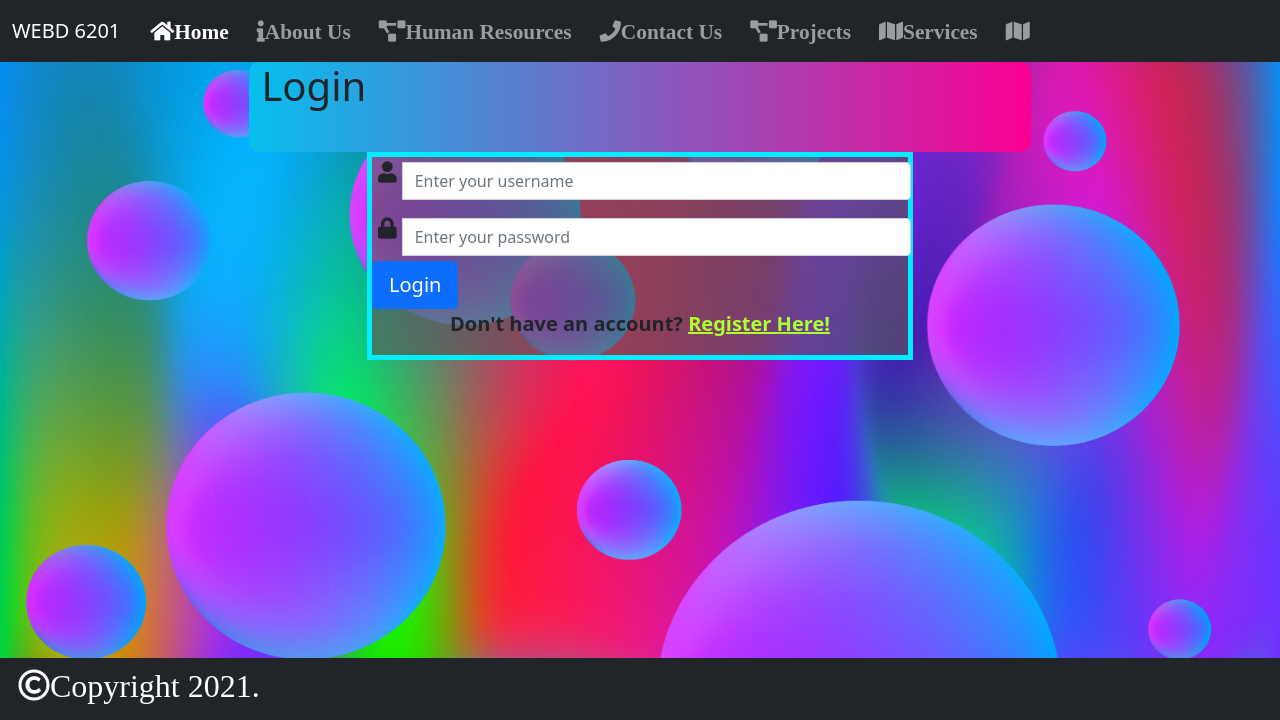
Repository: vans12345678/WEBD6201-W2021-Lab2
Page: login.html
The author's editor kept a copy of each file at every save. The page is drawn from the files as they stood at one save, then again after the next save.
The browser window is 1280 px wide. The pictures show the whole page.

Above is the page before, as saved 2021-02-24 19:43:37.

### login.html
<!DOCTYPE html>
<html lang="en">
<head>
    <meta charset="UTF-8">
    <meta name="viewport" content="width=device-width, initial-scale=1.0">
    <title>Login</title>
    <!-- CSS Section -->
    <link rel="stylesheet" href="./node_modules/bootstrap/dist/css/bootstrap.min.css">
    <link rel="stylesheet" href="./node_modules/@fortawesome/fontawesome-free/css/all.min.css">
    <link rel="stylesheet" href="./Content/app.css">
</head>
<body class ="Vapor">
    <!-- Main Header -->
    <header>
        <!-- Main Navigation -->
        <nav class="navbar navbar-expand-lg navbar-dark bg-dark">
            <div class="container-fluid">
                <a id ="navHome" class="navbar-brand" href="index.html"></a>
                <button class="navbar-toggler" type="button" data-bs-toggle="collapse" data-bs-target="#navbarSupportedContent" aria-controls="navbarSupportedContent" aria-expanded="false" aria-label="Toggle navigation">
                  <span class="navbar-toggler-icon"></span>
                </button>
                <div class="collapse navbar-collapse" id="navbarSupportedContent">
                  <ul id = "ulNav" class="navbar-nav me-auto mb-2 mb-lg-0">
                    <li class="nav-item">
                      <a  class="nav-link active" aria-current="page" href="index.html"><i id ="navIndex"class = "fas fa-home fa-lg"></i></a>
                    </li>
                    <li class="nav-item" id ="navAbout">
                      <a  class="nav-link " aria-current="page" href="about.html"><i id ="navAboutItem"class = "fas fa-info fa-lg"></i></a>
                    </li>
                    <li class="nav-item">
                      <a  class="nav-link " aria-current="page" href="contact.html"><i id ="navContact"class = "fas fa-phone fa-lg"></i></a>
                    </li>
                    <li class="nav-item">
                      <a  class="nav-link" aria-current="page" href="projects.html"><i id ="navProjects" class ="fas fa-project-diagram fa-lg">Products</i></a>
                    </li>
                    <li class="nav-item">
                      <a  class="nav-link " aria-current="page" href="services.html"><i id ="navServices"class = "fas fa-map fa-lg"></i></a>
                    </li>
                    <li class="nav-item">
                      <a  class="nav-link " aria-current="page" href="login.html"><i id ="navLogin"class = "fas fa-map fa-lg"></i></a>
                    </li>
                  </ul>
                </div>
              </div>
          </nav>
    </header>

    <!-- Main Content -->
    <main class="container" id="mainContent">
        <h1 class = "container">Login</h1>
      <div class="row">
          <div class="offset-md-3 col-md-6 col-sm-12">
                <div class="login" id="contentArea"></div>
                    <div id = "messageArea"></div>
                    <form class = "fromBackground" id="loginForm" novalidate>
                      <div class="form-group mb-2">
                        <div class="input-group">
                          <span class="input-group-addon">
                            <i class="fa fa-user fa-lg">
                            </i>
                          </span>
                          <input type="text" class="form-control inputMargin" id="username" name="username"  required
                          value="" placeholder="Enter your username">
                        </div>
                      </div>
                      <div class="form-group">
                        <div class="input-group">
                          <span class="input-group-addon">
                            <i class="fa fa-lock fa-lg">
                            </i>
                          </span>
                          <input type="password" class="form-control inputMargin" id="password" name="password"  required
                          value="" placeholder="Enter your password">
                        </div>
                      </div>
                      <div class="text-right">
                        <button id="submitButton" type="submit" class="btn btn-primary btn-lg">Login</button>
                      </div>
                      <p class="text-center fs-5 fw-bold">
                        Don't have an account?
                        <a href="register.html">Register Here!</a>
                    </p>
                    </form>
                </div>

          </div>
      </div>
  </main>

    <!-- Main Footer -->
    <footer>
        <nav class="navbar fixed-bottom navbar-dark bg-dark">
            <div class="container-fluid">
                <h4><i id = "footer" class="far fa-copyright fa-lg site-footer"></i></h4>
            </div>
          </nav>
    </footer>
    <!-- Script Section -->
    <script src="./node_modules/jquery/dist/jquery.min.js"></script>
    <script src="./node_modules/bootstrap/dist/js/bootstrap.bundle.min.js"></script>
    <script src="./Scripts/app.js"></script>
</body>
</html>

### Content/app.css
/* custom css goes here */
.Vapor {
    background-image: url('../images/vapor.jpg');
    background-repeat: no-repeat;
    background-attachment: fixed;
    background-size: 100% 100%;
  }
  a {
    color: greenyellow;
  }
  .textFont
  {
    font-family: Arial, Helvetica, sans-serif;
    line-height: 32px;
  }
  body
  {
    background-color: rgb(90, 90, 90);
  }
  h1.container{
    border-radius: 10px;
    width: 70%;
    height: 90px;
    margin: 0px auto;
    background: linear-gradient(90deg,#06bfee,#fb0093)
  }
  h1.projects{
    background-color: white;
  }
  .contact-table{
    width: 100%;
    margin:  50px auto;
    background-color: white;
  }
  .contact-form
  {
    width: 100%;
    margin:  100px auto;
  }
  .warnMessage
  {
    width: 90%;
    margin:  50px;
  }
  .site-footer {
    color:white;
  }
  .formMargin
  {
    margin: 35px 70px;
  }
  .inputMargin
  {
    margin: 5px -3px;
  }

  .fromBackground
  {
    background-color: #5a5a5aa1;
    border: 5px solid rgb(0, 238, 255);

  }
  i{
    margin:7px 6px;
  }

### Scripts/app.js
/************************************************************
 * Name: Andre Agrippa, Michai Pryce
 * Date: 01/20/2021
 * Description: This file adds functionality to the Home,
 * About Us, Human Resources, Contact Us, Projects and Services
 * pages.
 * Date Completed:
 */

"use strict";


(function(){

    /**
     * Display Nav bar function to display nav and footer
     */
    function DisplayNav()
    {
        let navTextElement = document.getElementById("navHome").textContent = "WEBD 6201";
        navTextElement = document.getElementById("navIndex").textContent = "Home";
        navTextElement = document.getElementById("navAboutItem").textContent = "About Us";

        let navAboutElement = document.getElementById("navAbout");
        let hrListItem = document.createElement("li");
        hrListItem.setAttribute("id", "liHumanResources");
        hrListItem.setAttribute("class", "nav-item");
        let navbar = document.getElementById("ulNav").appendChild(hrListItem);
        hrListItem.innerHTML = `<a class="nav-link" aria-current="page" href="human-resources.html">
        <i id ="navHumanResources" class ="fas fa-project-diagram fa-lg">Human Resources</i></a>`;
        if(document.title === "Human Resources"){
            hrListItem.innerHTML = `<a class="nav-link active" aria-current="page" href="human-resources.html">
            <i id ="navHumanResources" class ="fas fa-project-diagram fa-lg">Human Resources</i></a>`;
        }

        navAboutElement.after(hrListItem);

        navTextElement = document.getElementById("navContact").textContent = "Contact Us";
        navTextElement = document.getElementById("navProjects").textContent = "Projects";
        navTextElement = document.getElementById("navServices").textContent = "Services";
        navTextElement = document.getElementById("footer").textContent = "Copyright 2021.";
    }

    /**
     * Display home to display index page
     */
    function displayHome()
    {
        DisplayNav();
        let introText = "This is a simple site to demonstrate the about, contact, human resources, projects and services requirements for Lab 1 WEBD 6201 - Client Side Scripting";
        let titleText = "Welcome to WEBD 6201";

        let introTextElement = document.getElementById("indexTitle").textContent = titleText;
        introTextElement = document.getElementById("indexParagraph").textContent = introText;

    }
    /**
     * Display about to display about the creators
     */
    function displayAbout()
    {
        DisplayNav();

        //About Andre
        let aboutElement = document.getElementById("aboutTitle").textContent = "About Us";
        aboutElement = document.getElementById("aboutAText");
        aboutElement.innerHTML = `<h1>Andre Agrippa:</h1>
        <p class = "">I'm a 2nd year student at Durham College in the Computer Programming and Analysis program. I've been
        coding for several years now because I enjoy it and always looking to improve in this aspect.</p>
        <a class = "fa-lg" href="./resumes/andre_resume.pdf" download>Resume Download</a></br></br>
        <img src="./images/aa.jpg" alt="" style="width:500px;height:450px;">`;

        //About Michai
        aboutElement.innerHTML += `<h1>Michai Pryce:</h1>
        <p class = ""> Hello, I am in my final year in the Computer Programming Program at Durham College. I love
        to code and learn about the evergrowing advancements in technology. This is the demonstration for our first lab!
        </p>
        <a class = "fa-lg" href="./resumes/Copy_of_Resume.docx" download>Resume Download</a></br></br>
        <img src="./images/m.jpg" alt="" style="width:500px;height:450px;">`;

    }
    /**
     * Display top 3 projects page
     */
    function displayProjects()
    {
        DisplayNav();

        //Projects 1
        let projectsElement = document.getElementById("projectsTitle").textContent = "Projects";
        projectsElement = document.getElementById("projectsText").innerHTML =
        `<h3>Project One: COBOL Item List</h3>
        <p>This project reads records from a .dat file, performs calculations on the data then outputs it to a .out file neatly formatted.</p>
        <img src="./images/p1.png" alt="" style="width:800px;height:500px;">`;

        //Projects 2
        projectsElement = document.getElementById("projectsText").innerHTML +=
        `<h3>Project Two: C#, XAML, MDF  Preferred Shares and Common Shares</h3>
        <p>This project uses XAML for the windows form and a database to keep track of common and preferred shares.
        The database keeps track of how many shares(common/preferred) are  available and validation is applied.</p>
        <img src="./images/p2.png" alt="" style="width:800px;height:500px;">`;

        //Projects 3
        projectsElement = document.getElementById("projectsText").innerHTML +=
        `<h3>Project Three: ASP.NET and MVC Framework Animal Shelter</h3>
        <p>This project is a web application that keeps track of animals, owners, appointment and login info in a database.
        Relational database concepts are applied.</p>
        <img src="./images/p3.png" alt="" style="width:800px;height:500px;">`;

    }
    /**
     * Display top 3 services page
     */
    function displayServices()
    {
        DisplayNav();

        //Services 1
        let servicesElement = document.getElementById("servicesTitle").textContent = "Services";
        servicesElement = document.getElementById("servicesText").innerHTML =
        `<h3>Web Development:</h3>
        <p>We offer a variety of different web development (Front-end, Back-end, Databases). Languages (PHP, ASP.NET, JavaScript)</p>
        <img src="./images/s1.jpg" alt="" style="width:800px;height:500px;">`;

        //Services 2
        servicesElement = document.getElementById("servicesText").innerHTML +=
        `<h3>OOP Programming</h3>
        <p>We offer a variety of different Object Oriented Programming. We're experienced with C#, C++, Java etc.
        Whether it be windows forms applications, console applications GUI, etc.</p>
        <img src="./images/s2.png" alt="" style="width:800px;height:500px;">`;

        //Services 3
        servicesElement = document.getElementById("servicesText").innerHTML +=
        `<h3>Database Management System</h3>
        <p>It's been almost 3 years since we've had experience in database development. We've used software such as
        Microsoft SQL Server and PgAdmin4. Experienced with relational database concepts.</p>
        <img src="./images/s3.jpg" alt="" style="width:800px;height:500px;">`;


    }
    /**
     * Display contact form page
     */
    function displayContact()
    {
        DisplayNav();

        let messageArea = document.getElementById("messageArea");
        messageArea.hidden = true;

        //form validation
        let fullName = document.getElementById("fullName");
        fullName.addEventListener("blur", function()
        {
            if(fullName.value.length < 2)
            {
                fullName.focus();
                fullName.select();
                messageArea.hidden = false;
                messageArea.className = "alert alert-danger  ";
                messageArea.textContent = "Please enter an appropriate name > 2 characters";
            }
            else
            {
                messageArea.removeAttribute("class");
                messageArea.hidden = true;
            }
        });
            let sendButton = document.getElementById("sendButton");
            sendButton.addEventListener("click", function(event)
            {
                event.preventDefault();
                // //Displays twice?

                let contact = new Contact(fullName.value,contactNumber.value, emailAddress.value, shortMessage.value);

                console.log(contact.serialize());
                if(contact.serialize())
                {
                    localStorage.setItem((localStorage.length + 1).toString(),contact.serialize());

                    window.location.href = "index.html";
                }

            });

    }
    /**
     * Human resources page
     */
    function displayHumanResources()
    {
        DisplayNav();
    }
    function displayLogin()
    {
        DisplayNav();
    }
    function displayRegister()
    {
        DisplayNav();
    }

    /**
     * Start function, depending on document title will load specific page
     */
    function Start()
    {
        console.log("App Started...");

        //Based of title of html
        switch(document.title)
        {
            case "Index":
                displayHome();
                break;
            case "About Us":
                displayAbout();
                break;
            case "Projects":
                displayProjects();
                break;
            case "Services":
                displayServices();
                break;
            case "Contact Us":
                displayContact();
                break;
            case "Contact-List":
                displayContactList();
                break;
            case "Human Resources":
                displayHumanResources();
                break;
            case "Login":
                displayLogin();
                break;
            case "Register":
                displayRegister();
                break;
        }


    }

    window.addEventListener("load", Start);

})();

Loaded but not shown: node_modules/bootstrap/dist/css/bootstrap.min.css (library); node_modules/@fortawesome/fontawesome-free/css/all.min.css (library); node_modules/jquery/dist/jquery.min.js (library); node_modules/bootstrap/dist/js/bootstrap.bundle.min.js (library)

After the next save:
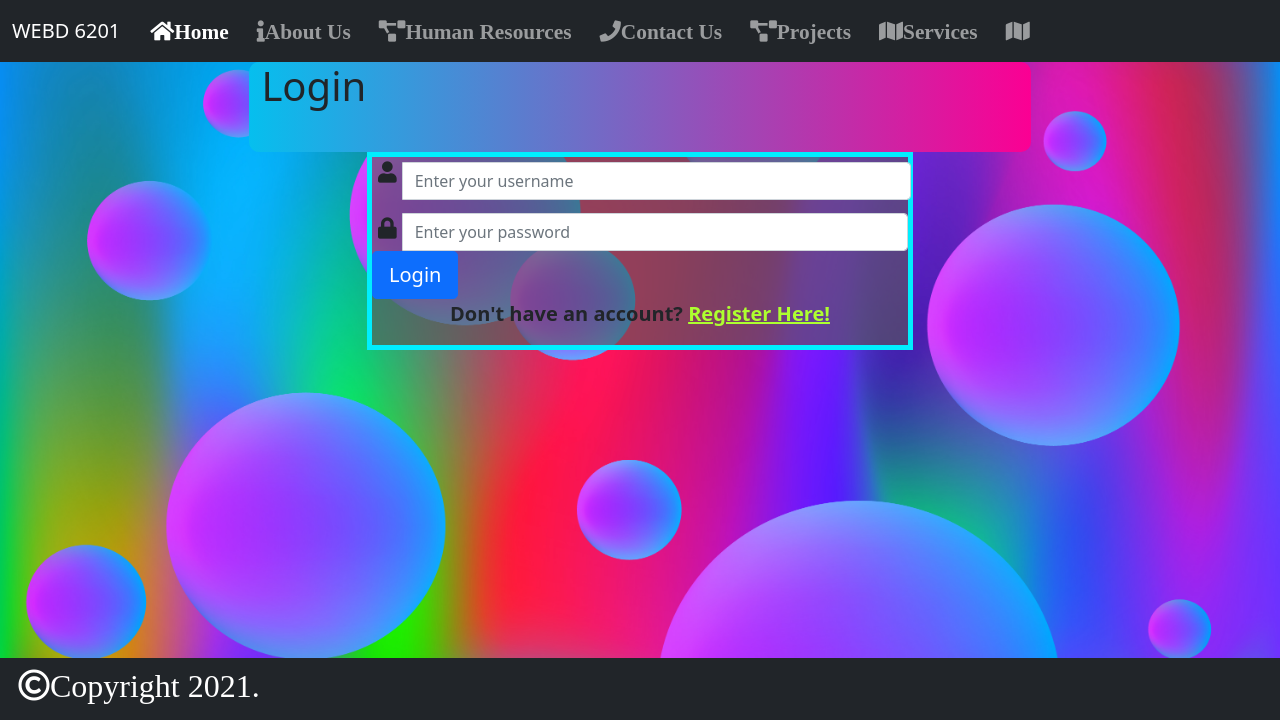
Saved 6 s later.
--- a/login.html
+++ b/login.html
@@ -69,7 +69,7 @@
                             <i class="fa fa-lock fa-lg">
                             </i>
                           </span>
-                          <input type="password" class="form-control inputMargin" id="password" name="password"  required
+                          <input type="password" class="form-control" id="password" name="password"  required
                           value="" placeholder="Enter your password">
                         </div>
                       </div>
